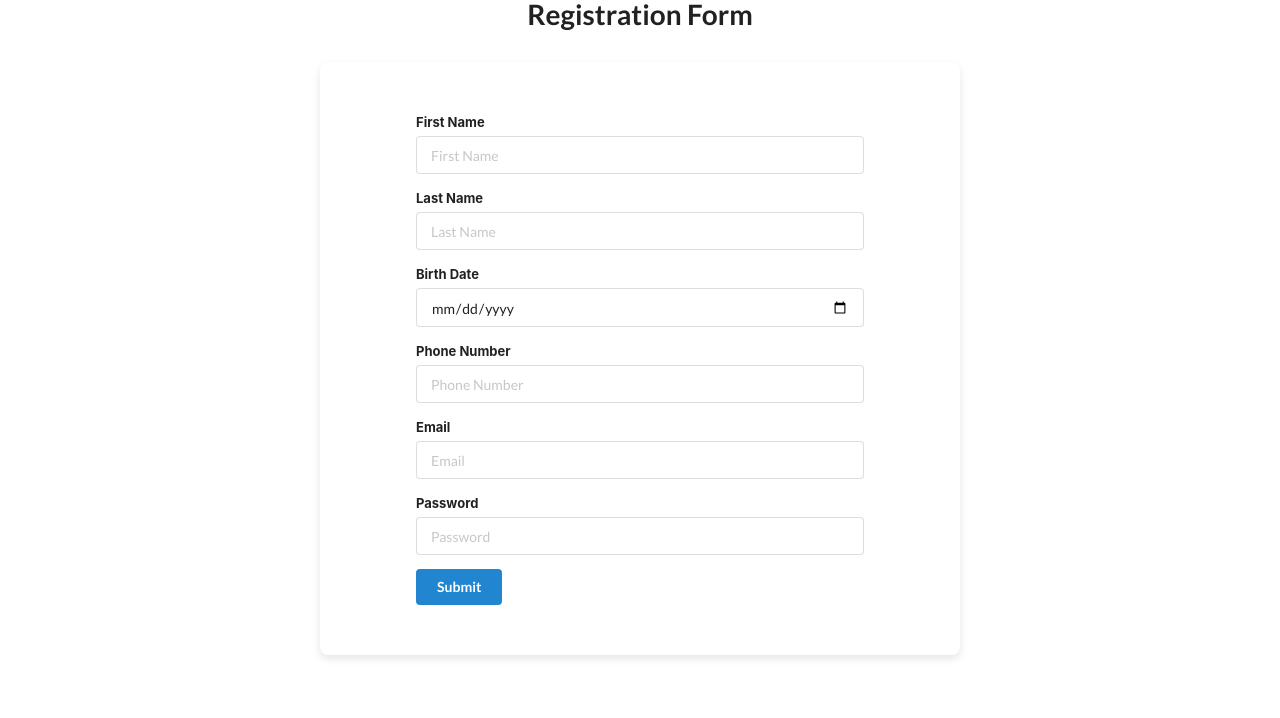
Repository: Wahid137/registration-form
Page: /
The author's editor kept a copy of each file at every save. The page is drawn from the files as they stood at one save, then again after a run of saves.
The browser window is 1280 px wide. The pictures show the whole page.
The project was rebuilt for these pictures with package versions that can differ from the ones it lists, and the page was loaded fresh each time. Also part of the build but not shown: src/App.css.

Above is the page before, as saved 2024-05-01 12:36:41.

After the next 3 saves:
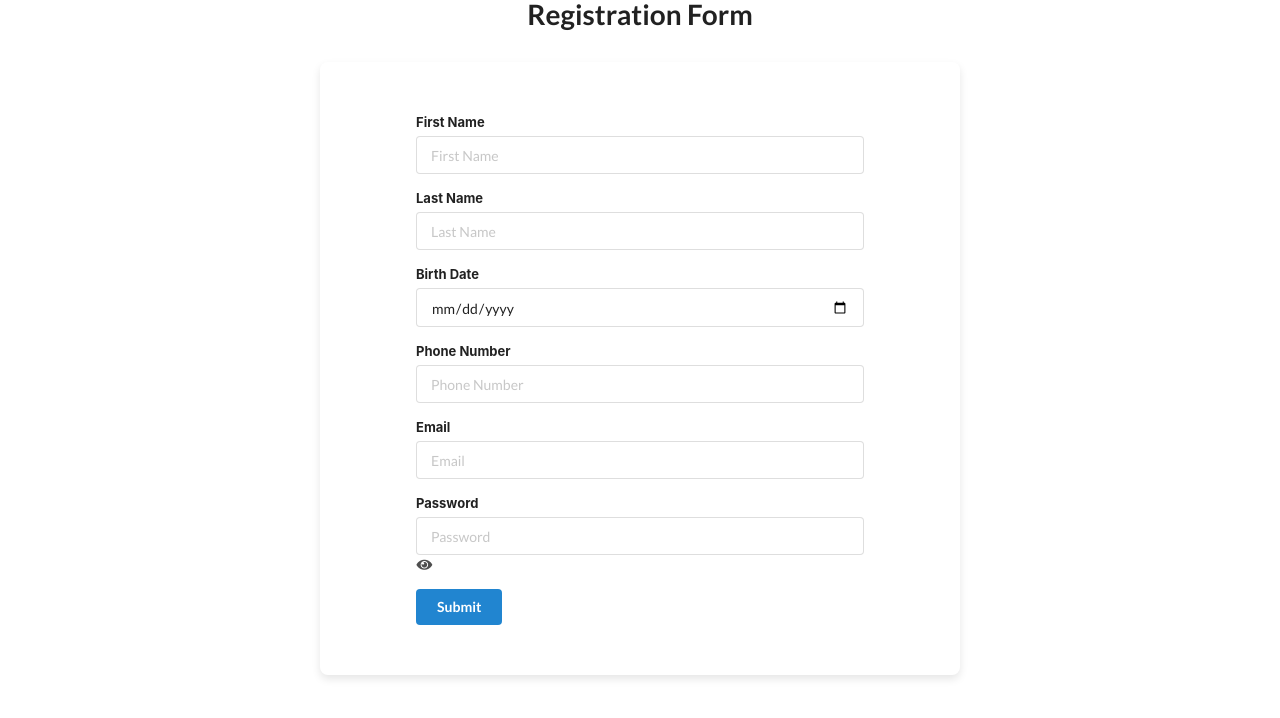
The 3 saves are shown as one change because 2 did not build or start.
The last was saved 2 min 46 s later.
--- a/src/components/Register.js
+++ b/src/components/Register.js
@@ -2,9 +2,11 @@
 import moment from "moment";
 import React, { useState } from "react";
 import { useForm } from "react-hook-form";
-import { Button, Container, Form, FormField } from "semantic-ui-react";
+import { Button, Container, Form, FormField, Icon } from "semantic-ui-react";
 
 const Register = () => {
+    const [showPassword, setShowPassword] = useState(false); // State to toggle password visibility
+    const togglePasswordVisibility = () => setShowPassword(!showPassword);
     // Initialize React Hook Form
     const { register, handleSubmit, formState: { errors }, reset } = useForm();
 
@@ -198,6 +200,11 @@
                             {...register("password")}
                             className={formErrors.password ? "error" : ""}
                         />
+                        <Icon
+                            name={showPassword ? "eye slash" : "eye"}
+                            link
+                            onClick={togglePasswordVisibility}
+                        />
                         {formErrors.password && (
                             <div className="ui pointing red basic label">
                                 {formErrors.password}

After the save that followed:
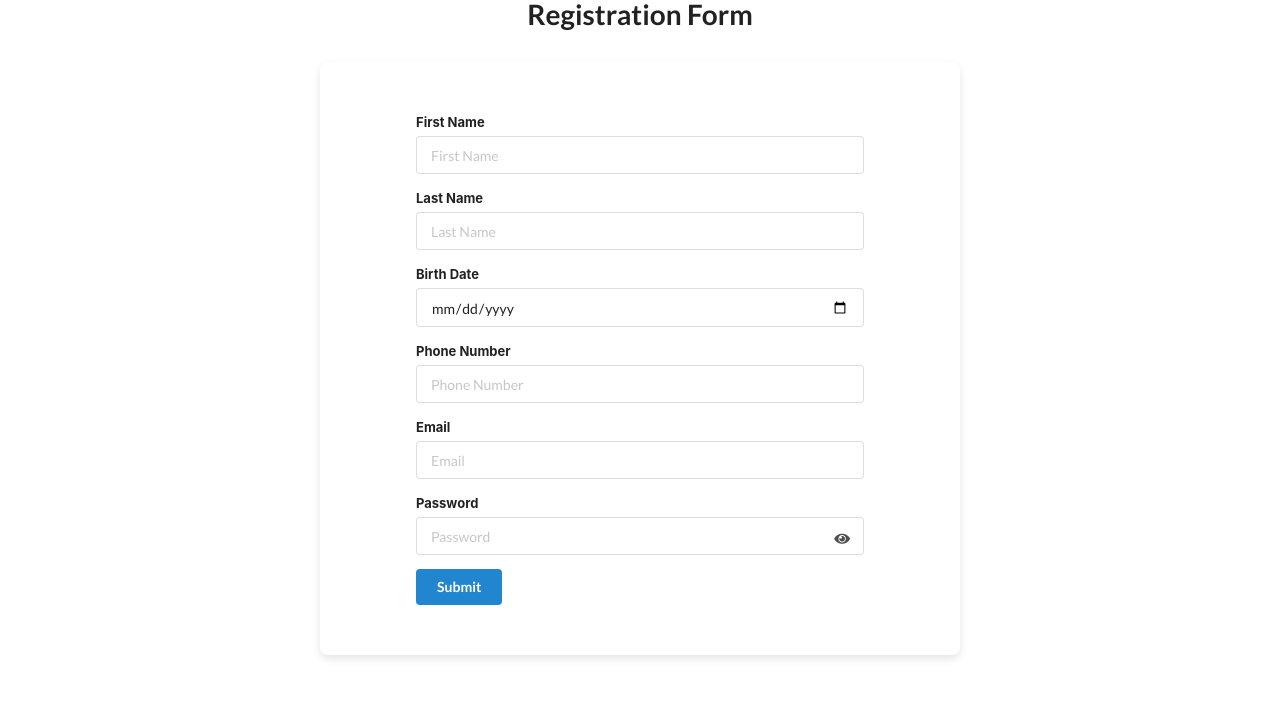
Saved 2 min 39 s later.
--- a/src/components/Register.js
+++ b/src/components/Register.js
@@ -194,17 +194,20 @@
                 <div style={{ marginBottom: "1rem" }}>
                     <FormField error={formErrors.password !== undefined}>
                         <label>Password</label>
-                        <input
-                            type="password"
-                            placeholder="Password"
-                            {...register("password")}
-                            className={formErrors.password ? "error" : ""}
-                        />
-                        <Icon
-                            name={showPassword ? "eye slash" : "eye"}
-                            link
-                            onClick={togglePasswordVisibility}
-                        />
+                        <div className="ui input">
+                            <input
+                                type={showPassword ? "text" : "password"}
+                                placeholder="Password"
+                                {...register("password")}
+                                className={formErrors.password ? "error" : ""}
+                            />
+                            <Icon
+                                name={showPassword ? "eye slash" : "eye"}
+                                link
+                                onClick={togglePasswordVisibility}
+                                style={{ cursor: "pointer", position: "absolute", right: "10px", top: "50%", transform: "translateY(-50%)" }}
+                            />
+                        </div>
                         {formErrors.password && (
                             <div className="ui pointing red basic label">
                                 {formErrors.password}
